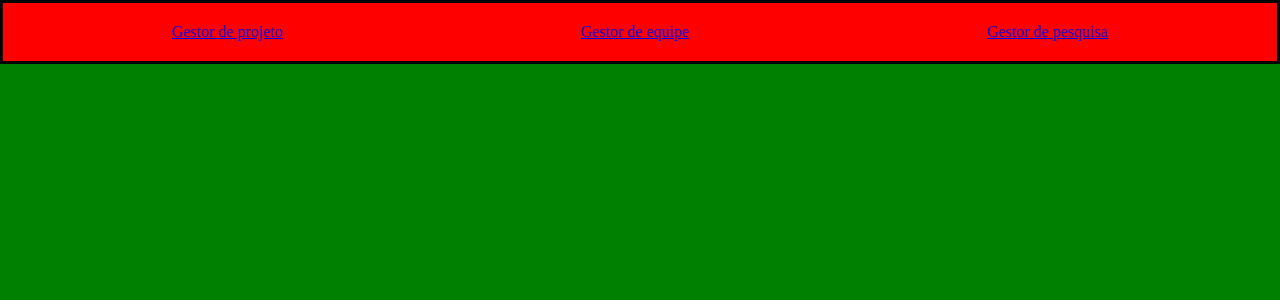
Repository: shadowruge/kanban
Page: index.html
The author's editor kept a copy of each file at every save. The page is drawn from the files as they stood at one save, then again after a run of saves.
The browser window is 1280 px wide. The pictures show the whole page.

Above is the page before, as saved 2021-06-12 18:43:25.

### index.html
<!DOCTYPE html>
<html lang="en">
  <head>
    <meta charset="UTF-8" />
    <meta http-equiv="X-UA-Compatible" content="IE=edge" />
    <meta name="viewport" content="width=device-width, initial-scale=1.0" />
    <title id="Description">Shadow Kanban</title>
    <link rel="stylesheet" href="style.css" />
    <script src="index.js"></script>
  </head>
  <body>
    <header>
      <nav class="nav">
        <p><a href="#">Gestor de projeto</a></p>
        <p><a href="#">Gestor de equipe</a></p>
        <p><a href="#">Gestor de pesquisa</a></p>
      </nav>
    </header>
    <!--botão -->
  </body>
  <script>

  </script>
</html>

### style.css
* {
  margin: 0;
  padding: 0;
  border: 0;
}

body {
  background-color: green;
}

#kanban {
  width: 97%;
  color: white;
  text-align: center;
  display: flex;
  flex-wrap: wrap;
}

.nav {
  border: 3px solid black;
  padding: 20px;
  color: white;
  background-color: red;
  display: flex;
  justify-content: space-around;
  flex-wrap: wrap;
}

.ideias,
.pesquisa,
.progresso,
.testes,
.pronto {
  margin-top: 5px;
  margin-left: auto;
}

.membros,
.membros-lideres {
  margin-left: 150px;
}

.d-flex {
  display: flex !important;
}

.flex-column {
  flex-direction: column !important;
}

.board {
  padding: 20px;
}

.board-column {
  margin-left: 20px;
}

.column-body {
  margin-top: 2em;
}

.card textarea {
  resize: none;
}

.sticker {
  width: 180px;
  height: 180px;
  }
  .sticker-img {
  background-color: red;
  }

### index.js
function dragStartHandler(ev) {
  ev.dataTransfer.setData("application/my-app", ev.target.id);
  ev.dataTransfer.effectAllowed = "move";
}

function dragCardStart(e) {
  console.log(e);
}

function dragOvertHandler(ev) {
  ev.preventDefault();
  ev.dataTransfer.dropEffect = "move";
}

function dropHandler(ev) {
  ev.preventDefault();
  const data = ev.dataTransfer.getData("application/my-app");
  ev.target.appendChild(document.getElementById(data));
}

function handleInputKeys({ key }) {
  switch (key) {
    case "Enter":
      break;

    default:
      break;
  }
}

const onInputClick = (e) => {
  e.preventDefault();
  e.stopPropagation();
  e.target.disabled = false;
  e.target.focus();
};

const onInputLostFocus = (e) => {
  console.log(e);
  e.target.disabled = true;
};

function addNewCard(e) {
  //   console.log(e);
  //   console.log(column);
  //   console.log(body);
  //   console.log(body.children);
  //   console.log(body.children[0].getAttributeNames());
  const [, , , column] = e.path;
  const [, body] = column.children;
  const addButton = body.children[body.children.length - 1];
  const card = document.createElement("div");
  const input = document.createElement("textarea");
  input.cols = 30;
  input.rows = 10;
  input.disabled = true;
  card.appendChild(input);
  card.classList.add("card");
  card.draggable = "true";
  card.addEventListener("click", onInputClick);
  card.addEventListener("focusout", onInputLostFocus);
  card.addEventListener("dragstart", dragCardStart);
  body.removeChild(addButton);
  body.appendChild(card);
  body.appendChild(addButton);
}

After the next 3 saves:
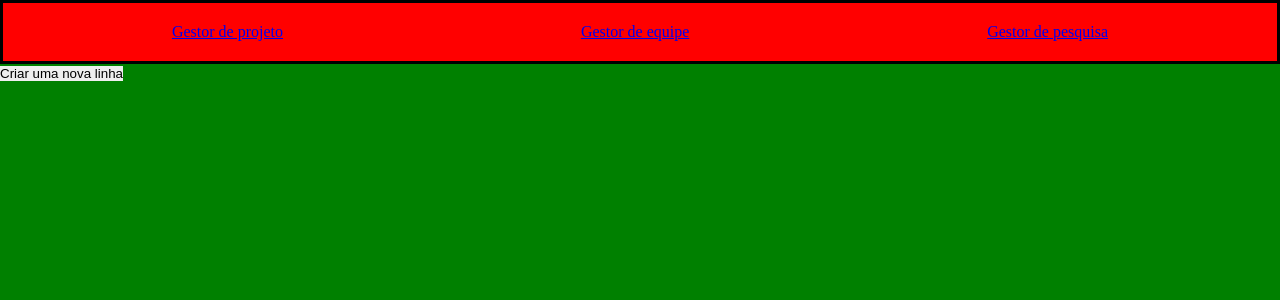
The 3 saves are shown as one change because they came seconds apart.
The last was saved 8 s later.
--- a/index.html
+++ b/index.html
@@ -16,7 +16,12 @@
         <p><a href="#">Gestor de pesquisa</a></p>
       </nav>
     </header>
-    <!--botão -->
+    <!--botão-->
+    <button id='criarLinha'>Criar uma nova linha</button>
+
+<div class="Linha" style="width:600px;">
+<!-- RECEBE DIVS DINAMICAS -->
+</div>
   </body>
   <script>
 
